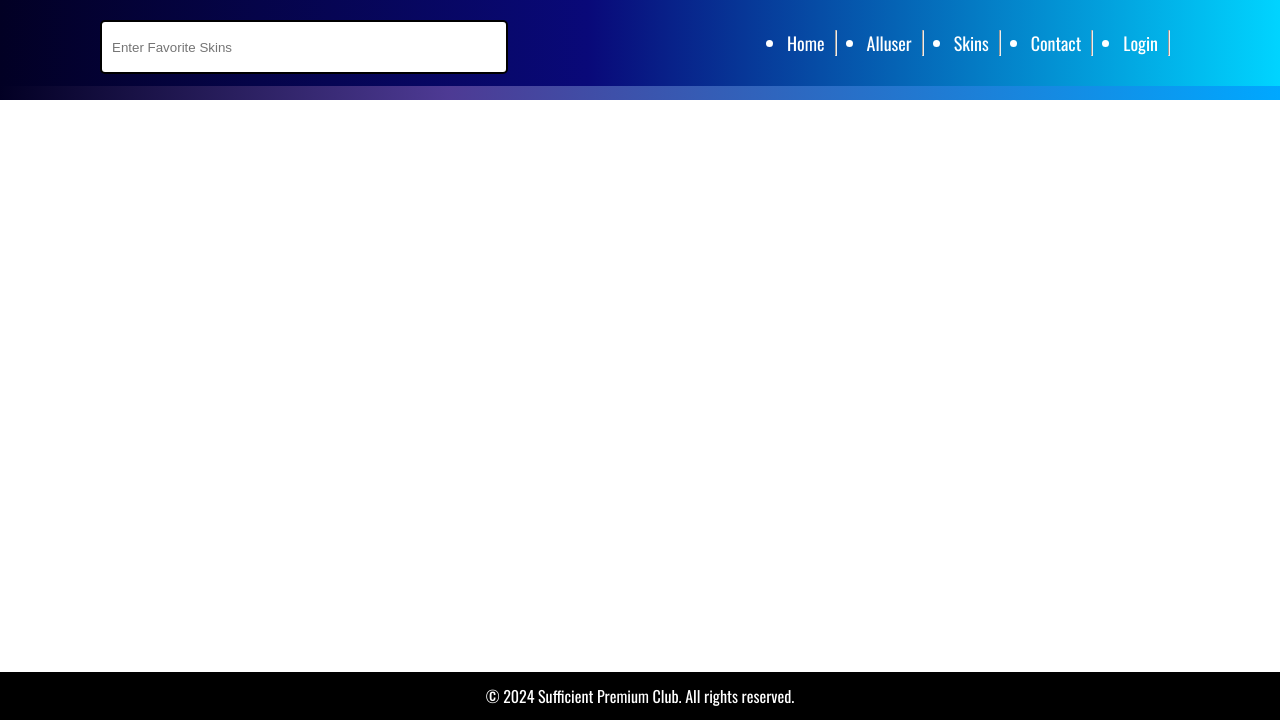
Repository: spcdomains/graph
Page: /Skintypes
An editor plug-in stored every save of this project. The page is shown before and after the next save, followed by the edit.
The browser window is 1280 px wide. The pictures show the whole page.
The page's requests for data from a server got no answer. Some web fonts or font styles are not loaded; a fallback is used. The project was rebuilt for these pictures with package versions that can differ from the ones it lists, and the page was loaded fresh each time. The framework's server and built-in components were replaced by stand-ins that run in the browser. No one was signed in, and anything a server would have sent is missing.

Above is the page before, as saved 2024-08-16 15:39:28.

After the next save:
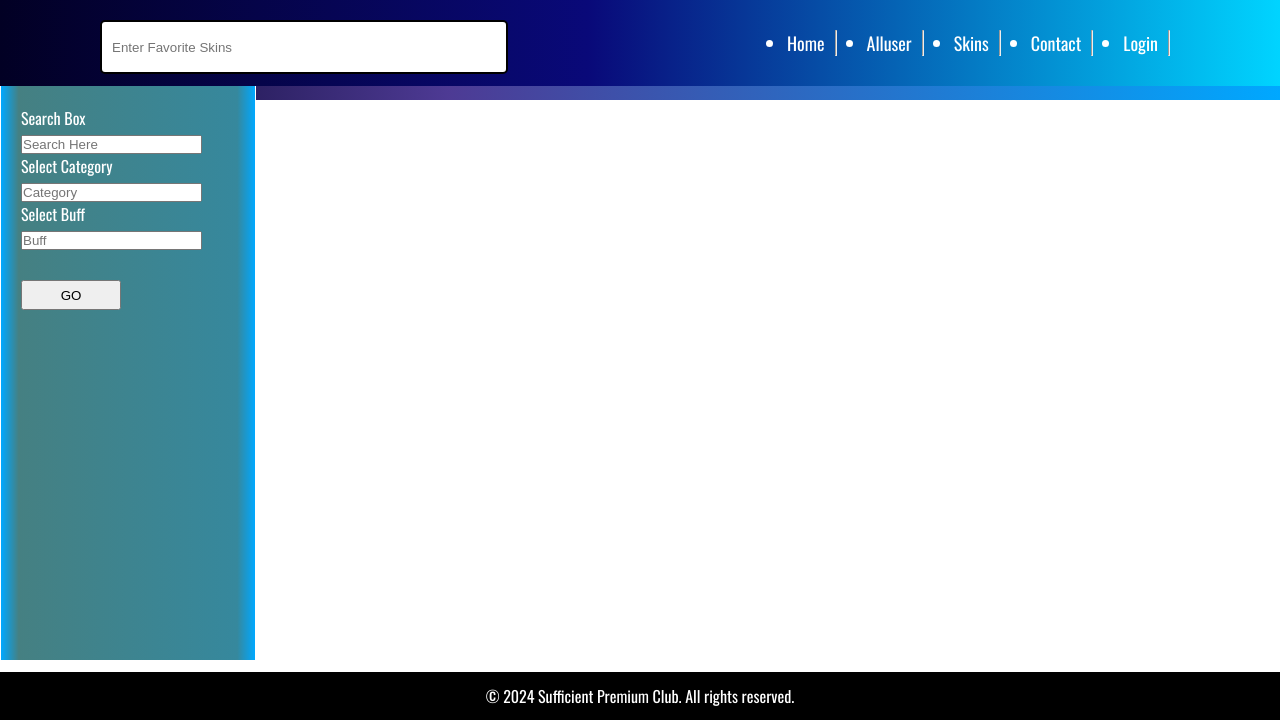
Saved 23 s later.
--- a/pages/Skintypes/index.tsx
+++ b/pages/Skintypes/index.tsx
@@ -5,6 +5,7 @@ import Link from 'next/link';
 import Image from 'next/image';
 import { useRouter } from 'next/router';
 import FilterPopup from '@/Components/Filterpop';
+import { div } from 'three/examples/jsm/nodes/Nodes.js';
 
 const Index = () => {
   const [categories, setCategories] = useState<any>([]);
@@ -69,6 +70,17 @@ const Index = () => {
   };
 
   return (
+    <>  <FilterPopup
+    filterVisible={filterVisible}
+    toggleFilterVisibility={toggleFilterVisibility}
+    selectedSkin={selectedSkin}
+    setSelectedSkin={setSelectedSkin}
+    selectedCategory={selectedCategory}
+    setSelectedCategory={setSelectedCategory}
+    selectedBuff={selectedBuff}
+    setSelectedBuff={setSelectedBuff}
+    handleGoClick={handleGoClick}
+  />
     <div className={styles.cardContainer}>
 
       {/* {isMobile && (
@@ -99,6 +111,7 @@ const Index = () => {
         ))}
       </div>
     </div>
+    </>
   );
 };
 
